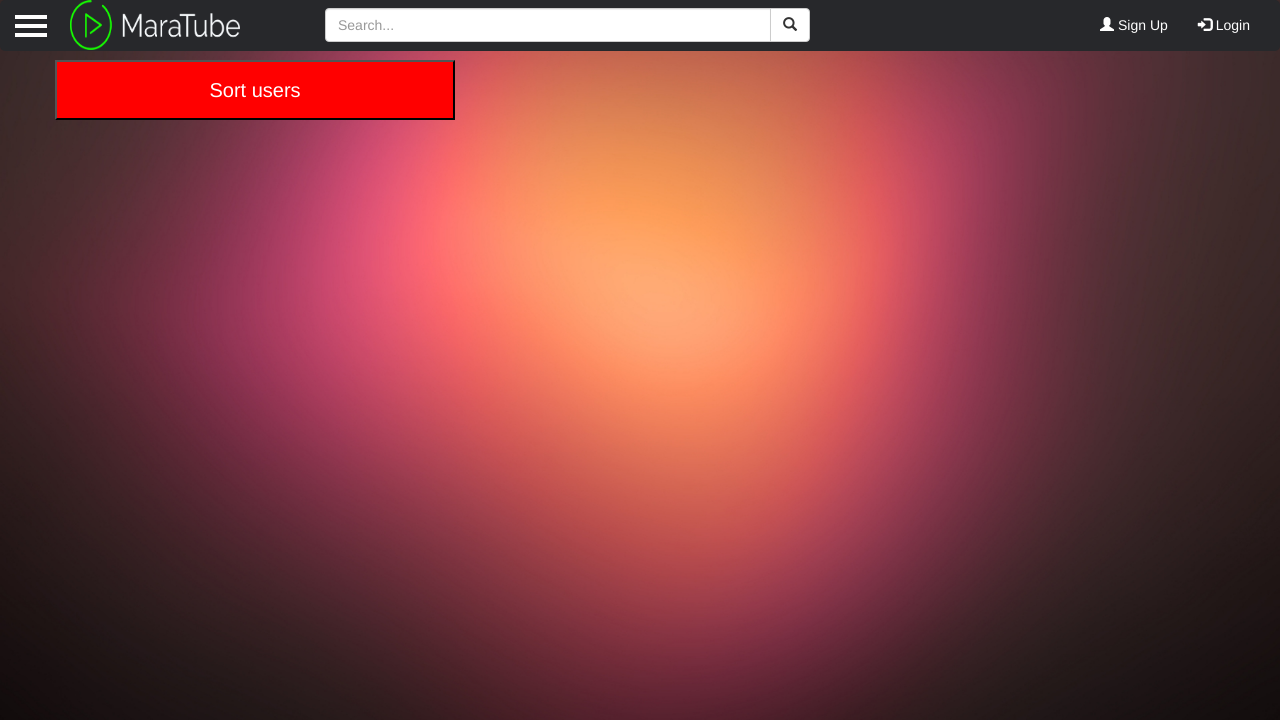
Repository: marijabroceta/ProjekatWebP
Page: ProjekatWebP/WebContent/Admin.html
These files come from the project's save history. The page is drawn as it stood at one moment and after the next save; the edit follows.
The browser window is 1280 px wide. The pictures show the whole page.
The page's requests for data from a server got no answer.

Above is the page before, as saved 2018-06-09 17:26:30.

### ProjekatWebP/WebContent/Admin.html
<!DOCTYPE html>
<html>
<head>
<meta charset="UTF-8">
<meta name="viewport" content="width=device-width, initial-scale=1.0">
<script src="jquery-3.2.1.js"></script>
<script src="js/admin.js"></script>
<script src="bootstrap/js/bootstrap.min.js"></script>
<link rel="stylesheet" type="text/css" href="bootstrap/css/bootstrap.min.css">
<link rel="stylesheet" type="text/css" href="css/admin.css">
<title>Admin</title>
</head>
<body>
	<div id="wrapper">
		<nav class="navbar navbar-inverse navbar-fixed-top" id="sidebar-wrapper" role="navigation">
            <ul class="nav sidebar-nav">
                <li><a href="Index.html">Home</a></li>

                <li><a href="register.html">SignUp</a></li>

            </ul>
        </nav>
        <div class="topNavigation">
            <nav class="navbar navbar-fixed-top topnav">
            <div id="page-content-wrapper" >
            <button type="button" class="hamburger is-closed nav navbar-nav navbar-left" data-toggle="offcanvas">
                <span class="hamb-top"></span>
                <span class="hamb-middle"></span>
                <span class="hamb-bottom"></span>
            </button>
            </div>
            <a href="Index.html"><img src="images/logo.png"></a>
            <div id="search">
                <form class="navbar-form navbar-left" role="search">
                    <div class="input-group">
                        <input type="text" class="form-control" id="searchText"  placeholder="Search...">
                        <span class="input-group-btn">
                            <button type="submit" class="btn btn-default" >
                                <span class="glyphicon glyphicon-search"></span>
                            </button>
                        </span>
                    </div>
                </form>
            </div>
            <div id="signIn">
                <ul class="nav navbar-nav navbar-right navIcon">
                    <li><a href="Register.html" id="signUp"><span class="glyphicon glyphicon-user"></span> Sign Up</a></li>
                    <li><a href="Login.html" id="login"><span class="glyphicon glyphicon-log-in"></span> Login</a></li>
                </ul>
            </div>
        </nav>
    </div>
    </div>
    <div class="container">
    	<div class="row">
    		<input type="button" class="collapsible" value="Sort users">
    		<div class="content">
    			<h2>Sort by:</h2>
    			<select id="sortUsers" name="sort">
    				<option value="userName">Username</option>
    				<option value="fName">First name</option>
    				<option value="lName">Last name</option>
    				<option value="email">Email</option>
    				<option value="role">Role</option>
    			</select>
    			<label class="sortRadioBtn">
          			Ascending
          			<input type="radio" id="sortAsc" value="ASC" checked="checked" name="radio">
          			<span class="check"></span>
          		</label>
          		<label class="sortRadioBtn">
          			Descending
          			<input type="radio" id="sortDesc" value="DESC" name="radio">
          			<span class="check"></span>
          		</label>
          		<input type="submit" value="Sort" id="sort">
    		</div>
    	</div>
    	<div class="row" id="users">

    	</div>
    </div>
</body>
<script type="text/javascript">
	var coll = document.getElementsByClassName("collapsible");
	var i;

	for (i = 0; i < coll.length; i++) {
		coll[i].addEventListener("click", function() {
			this.classList.toggle("active");
			var content = this.nextElementSibling;
			if (content.style.maxHeight) {
				content.style.maxHeight = null;
			} else {
				content.style.maxHeight = content.scrollHeight + "px";
			}
		});
	}
</script>
</html>

### ProjekatWebP/WebContent/js/admin.js
$(document).ready(function(){
	var users = $('#users');
	var desc = $('#sortDesc');
	var asc = $('#sortAsc');

	$.get('AdminServlet',{},function(data){
		$('#login').replaceWith('<a href="LogOutServlet"><span class="glyphicon glyphicon-log-out"></span> LogOut</a>')
		$('#signUp').replaceWith('<a href="UserChannel.html?userName=' + data.loggedIn.userName + '"><span>' + data.loggedIn.userName + '</span></a>')

		for(i in data.users){
			users.append(
				'<div class="col-lg-2 col-sm-4 col-md-4 user" id="' + data.users[i].userName + '">' +
					'<div id="userImg">' +
						'<img src="images/' + data.users[i].userName + '.jpg" align="middle">' +
					'</div>' +
					'<div class="user-info">' +
						'<p id="username">' + data.users[i].userName + '</p>' +
						'<p id="fName">' + data.users[i].firstName + '</p>' +
						'<p id="lName">' + data.users[i].lastName + '</p>' +
						'<p id="email">' + data.users[i].email + '</p>' +
						'<p id="role">' + data.users[i].role + '</p>' +
						'<p id = "del">' +
							'<button id="delete" value="' + data.users[i].userName + '">Delete</button>' +
						'</p>' +
					'</div>' +
				'</div>'
			);
		}

		$('button').on('click',function(event){
			var userName = $(this).val();
			console.log(userName);
			var confirmation = confirm("Are you sure?");
			if(confirmation){
				$.post('AdminServlet',{'userName':userName,'action':"delete"},function(data){
					var id = "#" + userName;
					if(userName == data.loggedIn.userName){
						$(id).remove();
						$.get('LogOutServlet',{},function(){

						});
					}
					$(id).remove();
				});
			}
			event.preventDefault();
			return false;
		});

	});

	$('#sort').on('click',function(event){
		var column = $('#sortUsers').val();

		console.log(ascDesc);
		if(desc.is(':checked')){
			var ascDesc=desc.val();
		}
		$.post('AdminServlet',{'action':"sort",'ascDesc':ascDesc,'column':column},function(data){
			console.log(data.status);
			if(data.status == "success"){
				users.empty();
				for(i in data.users){
					users.append(
						'<div class="col-lg-2 col-sm-4 col-md-4 user" id="' + data.users[i].userName + '">' +
							'<div id="userImg">' +
								'<img src="images/' + data.users[i].userName + '.jpg" align="middle">' +
							'</div>' +
							'<div class="user-info">' +
								'<p id="username">' + data.users[i].userName + '</p>' +
								'<p id="fName">' + data.users[i].firstName + '</p>' +
								'<p id="lName">' + data.users[i].lastName + '</p>' +
								'<p id="email">' + data.users[i].email + '</p>' +
								'<p id="role">' + data.users[i].role + '</p>' +
								'<p id = "del">' +
									'<button id="delete" value="' + data.users[i].userName + '">Delete</button>' +
								'</p>' +
							'</div>' +
						'</div>'
					);
				}
			}
		});
		console.log(column);
		console.log(ascDesc);
		event.preventDefault();
		return false;
	});

	$('#searchText').keyup(function(event){
		var input = $('#searchText').val().toUpperCase();
		$(".user").each(function(){
			if($(this).html().toUpperCase().includes(input)){
				$(this).show();
			}else{
				$(this).hide();
			}
		});
		event.preventDefault();
		return false;
	});

	   var trigger = $('.hamburger'),

		isClosed = false;

		trigger.click(function () {
			hamburger_cross();
		});

		function hamburger_cross() {

			if (isClosed == true) {

				trigger.removeClass('is-open');
				trigger.addClass('is-closed');
				isClosed = false;
			} else {

				trigger.removeClass('is-closed');
				trigger.addClass('is-open');
				isClosed = true;
			}
		}

		$('[data-toggle="offcanvas"]').click(function () {
			$('#wrapper').toggleClass('toggled');
		});
});

### ProjekatWebP/WebContent/css/admin.css
@import url(../css/navigation.css);

.container{
	margin-top:60px;

}

.collapsible {
     background:red;
    color: white;
      width:400px;
    height:60px;
    font-size:20px;
}

.active, .collapsible:hover {
    background-color: #555;
}

.content {
    padding: 0 18px;
    max-height: 0;
    overflow: hidden;
    transition: max-height 0.2s ease-out;
    width: 80%;

}

.sortRadioButton{
	color:#fff;
}


select{
    width: 30%;
    padding: 12px;
    border: 1px solid #ccc;
    border-radius: 4px;
    box-sizing: border-box;
    margin-top: 6px;
    margin-bottom: 16px;
    resize: none;
}
#sort{
	border-radius: 5px;
  	margin-left: 5px;
  	margin-bottom: 5px;
  	text-transform: uppercase;
  	font-size: 12px;
  	background: transparent;
  	color: #fff;
  	display: inline-block;
}

.user{
	border-radius: 7px;
	border:1px solid white;
	margin-left: 10px;
	box-shadow: 5px 5px 5px;
	margin-top:20px;
	height:280px;
}

.user p{
	text-align: center;
}

#username{
	font-size:18px;
}

#userImg {
	margin-left: 60px;
	margin-top: 10px;
	margin-right: 60px;
}

img {
	width:50px;
	height:50px:
}

#delete{
	border-radius: 5px;
	background: red;
	text-transform: uppercase;
	color: #fff;

	border-width: 1px;
	font-size: 12px;
}

### ProjekatWebP/WebContent/css/navigation.css
/*pozadina*/
body {
  background: url(../images/pozadina.jpg) no-repeat center center fixed;
  -webkit-background-size: cover;
  -moz-background-size: cover;
  -o-background-size: cover;
  background-size: cover;
  /*height: 100%;*/
}

.navIcon {
  padding-right: 30px;
  float: right;
}

/*logo*/
.navbar img {
  margin-left: 70px;
  float: left;
  width: 170px;
  height: 50px;

}

.input-group {
  padding-left: 70px;
  width: 600px;
}
/*horizontalna navigacija*/
.topnav {
  border-radius:5px;
  background-color: #27282b;
  overflow: hidden;
}

#imeLogovano {
  float: right;
  padding-top: 15px;
  padding-right: 20px;
}

#page-content-wrapper{
  float: left;
}


/*linkovi*/
a {
  color:#ffffff;
}

p {
   color:#ffffff;
}

#wrapper {
    padding-left: 0;
    -webkit-transition: all 0.5s ease;
    -moz-transition: all 0.5s ease;
    -o-transition: all 0.5s ease;
    transition: all 0.5s ease;
}


#wrapper.toggled {
    padding-left: 220px;
}

#sidebar-wrapper {
    z-index: 1000;
    left: 220px;
    width: 0;
    height: 100%;
    margin-left: -220px;
    margin-top: 50px;
    overflow-y: auto;
    overflow-x: hidden;
    background: #27282b;
    -webkit-transition: all 0.5s ease;
    -moz-transition: all 0.5s ease;
    -o-transition: all 0.5s ease;
    transition: all 0.5s ease;
    display: inline-block;
}
/*otkriti sta ovo znaci*/
#sidebar-wrapper::-webkit-scrollbar {
  display: none;
}
/*pojavljivanje sidebara*/
#wrapper.toggled #sidebar-wrapper {
    width: 220px;
}

#wrapper.toggled #page-content-wrapper {
    margin-right: -220px;
}

.sidebar-nav {
    position: absolute;
    top: 20px;
    width: 220px;
    margin: 0;
    padding: 0;
    list-style: none;
}

.sidebar-nav li {
    position: relative;
    line-height: 20px;
    display: inline-block;
    width: 100%;
}

.sidebar-nav li:before {
    content: '';
    position: absolute;
    top: 0;
    left: 0;
    z-index: -1;
    height: 100%;
    width: 3px;
    background-color: #1c1c1c;
    -webkit-transition: width .2s ease-in;
      -moz-transition:  width .2s ease-in;
       -ms-transition:  width .2s ease-in;
            transition: width .2s ease-in;

}

/*.sidebar-nav li:first-child a {
    color: #fff;
    background-color: #1a1a1a;
}*/
.sidebar-nav li:nth-child(1):before {
    background-color: #ec1b5a;
}

.sidebar-nav li:nth-child(2):before {
    background-color: #79aefe;
}
.sidebar-nav li:nth-child(3):before {
    background-color: #314190;
}
.sidebar-nav li:nth-child(4):before {
    background-color: #279636;
}

.sidebar-nav li:hover:before,
.sidebar-nav li.open:hover:before {
    width: 100%;
    -webkit-transition: width .2s ease-in;
      -moz-transition:  width .2s ease-in;
       -ms-transition:  width .2s ease-in;
            transition: width .2s ease-in;

}
/*linkovi u sidebar nav*/
.sidebar-nav li a {
    display: block;
    color: #ddd;
    text-decoration: none;
    padding: 10px 15px 10px 30px;
}

.sidebar-nav li a:hover,
.sidebar-nav li a:active,
.sidebar-nav li a:focus,
.sidebar-nav li.open a:hover,
.sidebar-nav li.open a:active,
.sidebar-nav li.open a:focus{
    color: #fff;
    text-decoration: none;
    background-color: transparent;
}
/*dugme za sidebar nav*/
.hamburger {
  position: fixed;
  float: left;
  top: 10px;
  z-index: 999;
  display: block;
  width: 32px;
  height: 32px;
  margin-left: 15px;
  background: transparent;
  border: none;
}

.hamburger:hover,
.hamburger:focus,
.hamburger:active {
  outline: none;
}

.hamburger.is-closed:before {
  content: '';
  display: block;
  width: 100px;
  font-size: 14px;
  color: #ffffff;
  line-height: 32px;
  text-align: center;
  opacity: 0;
  -webkit-transform: translate3d(0,0,0);
  -webkit-transition: all .35s ease-in-out;
}

.hamburger.is-closed:hover:before {
  opacity: 1;
  display: block;
  -webkit-transform: translate3d(-100px,0,0);
  -webkit-transition: all .35s ease-in-out;
}
/*hamb top, middle,bottom linije za dugme*/
.hamburger.is-closed .hamb-top,
.hamburger.is-closed .hamb-middle,
.hamburger.is-closed .hamb-bottom,
.hamburger.is-open .hamb-top,
.hamburger.is-open .hamb-middle,
.hamburger.is-open .hamb-bottom {
  position: absolute;
  left: 0;
  height: 4px;
  width: 100%;
}
/*na klik za otvaranje se gube crtice*/
.hamburger.is-closed .hamb-top,
.hamburger.is-closed .hamb-middle,
.hamburger.is-closed .hamb-bottom {
  background-color: #fff;
}

.hamburger.is-closed .hamb-top {
  top: 5px;
  -webkit-transition: all .35s ease-in-out;
}

.hamburger.is-closed .hamb-middle {
  top: 50%;
  margin-top: -2px;
}

.hamburger.is-closed .hamb-bottom {
  bottom: 5px;
  -webkit-transition: all .35s ease-in-out;
}


.hamburger.is-closed:hover .hamb-top {
  top: 0;
  -webkit-transition: all .35s ease-in-out;
}
.hamburger.is-closed:hover .hamb-bottom {
  bottom: 0;
  -webkit-transition: all .35s ease-in-out;
}

.hamburger.is-open .hamb-top,
.hamburger.is-open .hamb-middle,
.hamburger.is-open .hamb-bottom {
  background-color: #fff;
}

.hamburger.is-open .hamb-top,
.hamburger.is-open .hamb-bottom {
  top: 50%;
  margin-top: -2px;
}

/*rotiranje crtica da se napravi X*/
.hamburger.is-open .hamb-top {
  -webkit-transform: rotate(45deg);
  -webkit-transition: -webkit-transform .2s cubic-bezier(.73,1,.28,.08);
}

.hamburger.is-open .hamb-middle { display: none; }
.hamburger.is-open .hamb-bottom {
  -webkit-transform: rotate(-45deg);
  -webkit-transition: -webkit-transform .2s cubic-bezier(.73,1,.28,.08);
}

.hamburger.is-open:before {
  content: '';
  display: block;
  width: 100px;
  font-size: 14px;
  color: #fff;
  line-height: 32px;
  text-align: center;
  opacity: 0;
  -webkit-transform: translate3d(0,0,0);
  -webkit-transition: all .35s ease-in-out;
}

.hamburger.is-open:hover:before {
  opacity: 1;
  display: block;
  -webkit-transform: translate3d(-100px,0,0);
  -webkit-transition: all .35s ease-in-out;
}

Loaded but not shown: ProjekatWebP/WebContent/jquery-3.2.1.js (library); ProjekatWebP/WebContent/bootstrap/js/bootstrap.min.js (library); ProjekatWebP/WebContent/bootstrap/css/bootstrap.min.css (library)

After the next save:
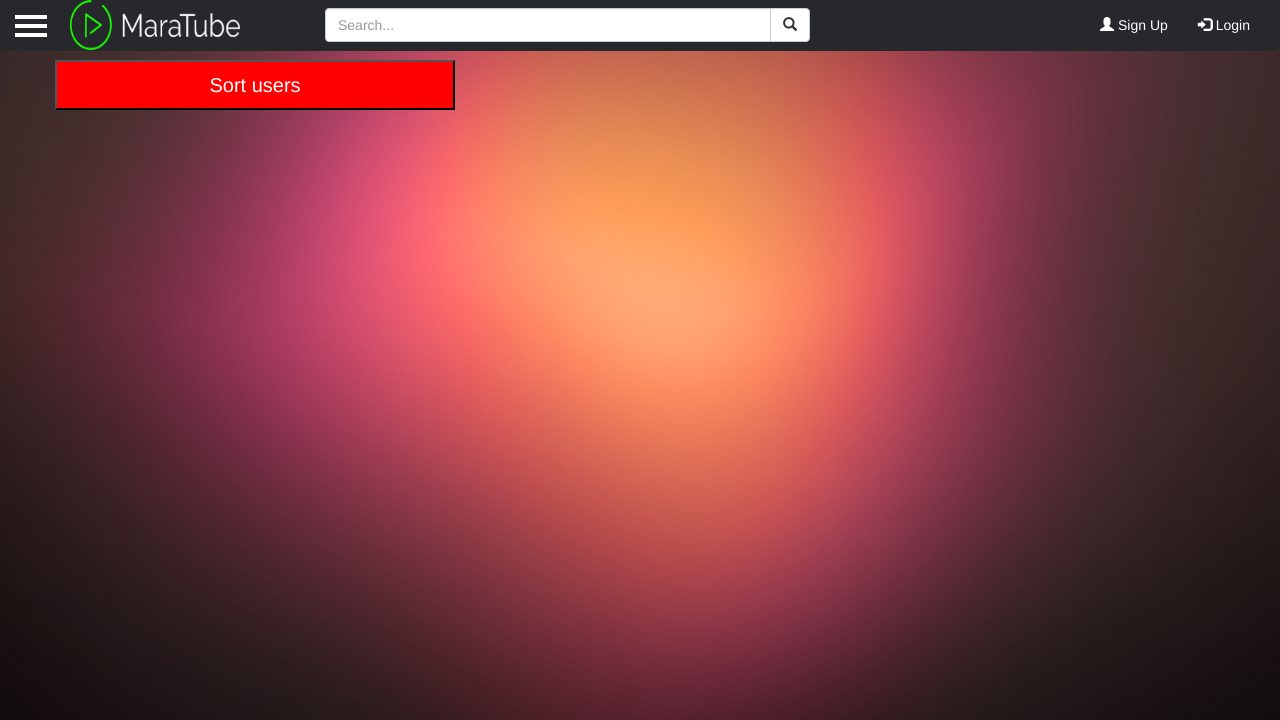
Saved 21 s later.
--- a/ProjekatWebP/WebContent/css/admin.css
+++ b/ProjekatWebP/WebContent/css/admin.css
@@ -9,7 +9,7 @@
      background:red;
     color: white;
       width:400px;
-    height:60px;
+    height:50px;
     font-size:20px;
 }
 
